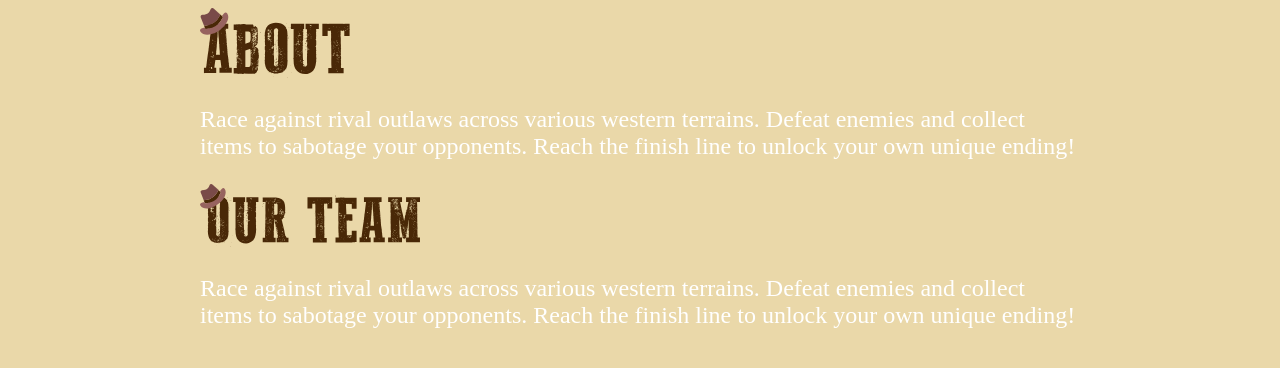
Repository: AlyssaHug/Bandit-Breakout
Page: index.html
An editor plug-in stored every save of this project. The page is shown before and after the next save, followed by the edit.
The browser window is 1280 px wide. The pictures show the whole page.
Some web fonts or font styles are not loaded; a fallback is used.

Above is the page before, as saved 2025-05-06 12:20:46.

### index.html
<!DOCTYPE html>
<html lang="en">
    <head>
        <meta charset="UTF-8" />
        <meta
            name="viewport"
            content="width=device-width, initial-scale=1.0" />
        <link
            rel="stylesheet"
            href="styles.css" />
        <title>Bandit Breakout</title>
    </head>
    <body>
        <header></header>
        <main class="main_section">
            <div class="about_section">
                <img class="about_section-heading" src="img/about.svg" alt="about">
                <p class="about_section-text">
                    Race against rival outlaws across various western terrains. Defeat enemies and collect items to sabotage your opponents. Reach the finish line to unlock your own unique ending!
                </p>
            </div>
            <div class="team_section">
                <img class="team_section-heading" src="img/ourteam.svg" alt="team">
                <p class="about_section-text">
                    Race against rival outlaws across various western terrains. Defeat enemies and collect items to sabotage your opponents. Reach the finish line to unlock your own unique ending!
                </p>
            </div>
        </main>
        <footer></footer>
    </body>
</html>

### styles.css
@import url("https://fonts.googleapis.com/css2?family=Wellfleet&display=swap");

@font-face {
    font-family: "Western Bang Bang";
    src: url("fonts/WesternBangBang.ttf") format("truetype");
    font-weight: normal;
    font-style: normal;
}

:root {
    /* Font Families */
    --font-western: "Western Bang Bang", sans-serif;
    --font-wellfleet: "Wellfleet", serif;

    /* Font Sizes */
    --font-size-h1: 48px;
    --font-size-h2: 36px;
    --font-size-h3: 32px;
    --font-size-h4: 24px;
    --font-size-body: 14px;
    --font-size-caption: 11px;
}

html {
    width: 70%;
    margin: 0 auto;
    background-color: #EAD8A9;
}

.main_section{
  background-color: #EAD8A9;
}
.about_section-heading {
    width: 150px;
}
.about_section-text {
    font-size: var(--font-size-h4);
    font-family: var(--font-wellfleet);
    color: white;
}

.team_section-heading {
  width: 220px;
}

After the next save:
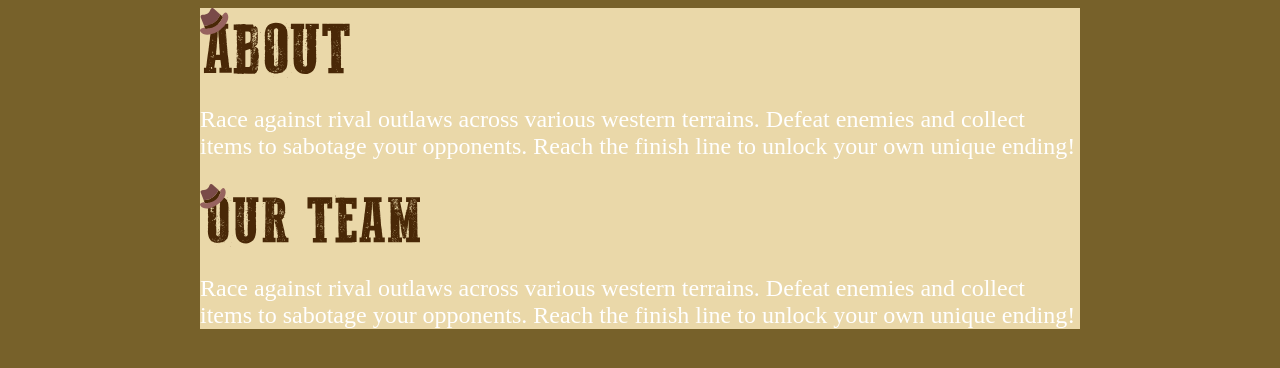
Saved 24 s later.
--- a/styles.css
+++ b/styles.css
@@ -24,7 +24,7 @@
 html {
     width: 70%;
     margin: 0 auto;
-    background-color: #EAD8A9;
+    background-color: #77612A;
 }
 
 .main_section{
